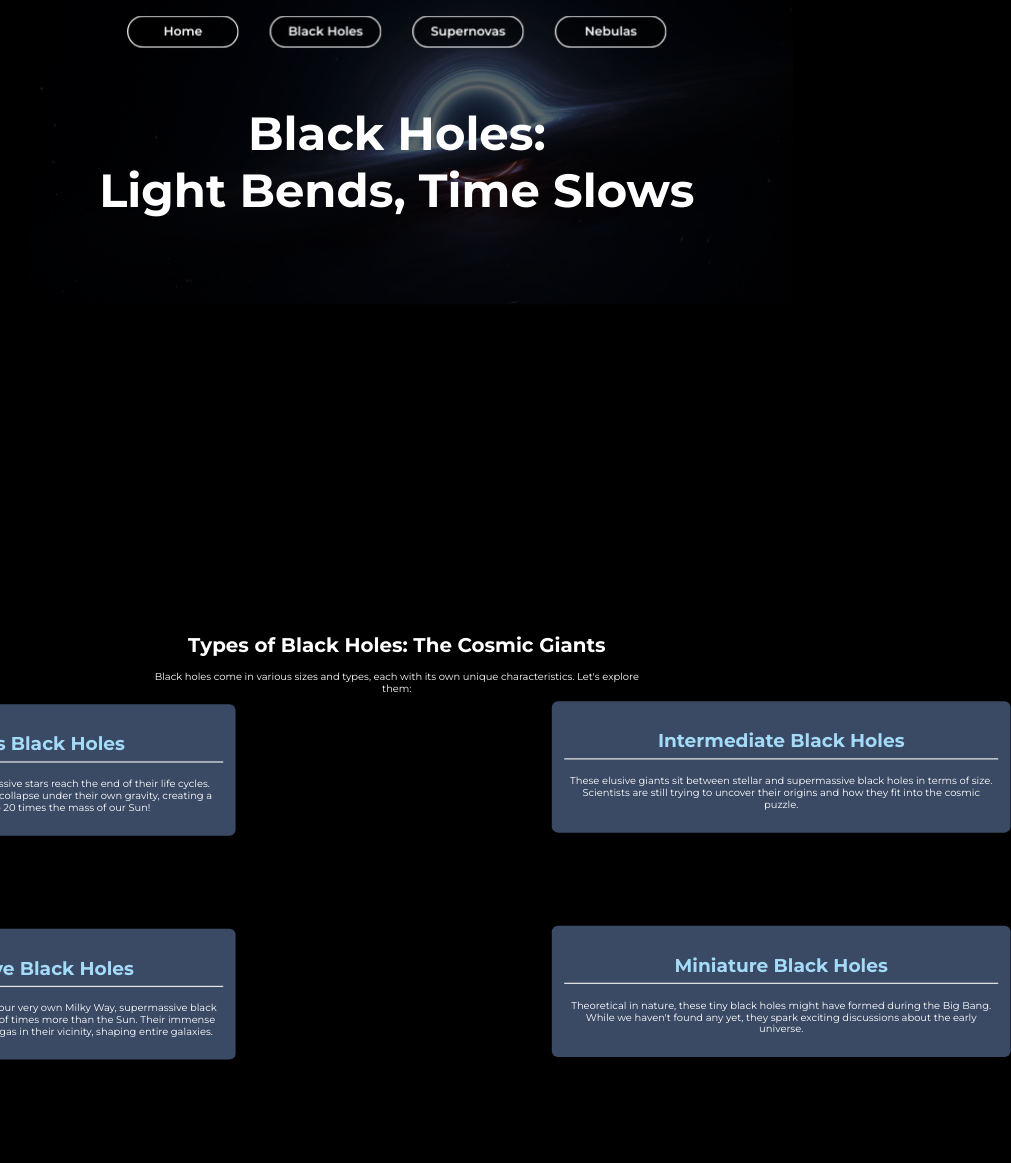
Repository: english-only/Space-Website
Page: black_hole.html
These files come from the project's save history. The page is drawn as it stood at one moment and after the next save; the edit follows.
The browser window is 1280 px wide. The page is 1630 px wide, so the pictures cover 1630 px, including what lies to the right of the window. The pictures show the whole page, at 62% of full size.
Backgrounds fixed to the window are drawn as part of the page.

Above is the page before, as saved 2024-12-18 23:45:19.

### black_hole.html
<!DOCTYPE html>
<html lang="en">
  <head>
    <meta charset="utf-8" />
    <meta http-equiv="X-UA-Compatible" content="IE=edge" />
    <title>Welcome to Space</title>
    <meta name="viewport" content="width=device-width, initial-scale=1" />
    <link rel="stylesheet" type="text/css" media="screen" href="main.css" />
  </head>
  <body>
    <div class="background-2 fade-in"></div>
    <div class="wrapper fade-in">
      <nav class="navbar fade-in">
        <a href="index.html"
          ><button class="nav-button fade-in">Home</button></a
        >
        <a href="black_hole.html"
          ><button class="nav-button fade-in">Black Holes</button></a
        >
        <a href="supernovas.html"
          ><button class="nav-button fade-in">Supernovas</button></a
        >
        <a href="nebulas.html"
          ><button class="nav-button fade-in">Nebulas</button></a
        >
      </nav>
      <div class="page-2-hero fade-in">
        <h2>Black Holes:<br />Light Bends, Time Slows</h2>
      </div>
    </div>
    <div class="container">
      <div class="stupid-text">
        <h1>Types of Black Holes: The Cosmic Giants</h1>
        <p>
          Black holes come in various sizes and types, each with its own unique
          characteristics. Let's explore them:
        </p>
      </div>

      <div class="black-hole-container">
        <div class="black-hole-type">
          <h2 class="">Stellar-Mass Black Holes</h2>
          <div class="content">
            <p>
              These incredible objects form when massive stars reach the end of
              their life cycles. After exhausting their nuclear fuel, they
              collapse under their own gravity, creating a black hole that can
              be up to 20 times the mass of our Sun!
            </p>
          </div>
        </div>
        <div class="black-hole-type">
          <h2>Supermassive Black Holes</h2>
          <div class="content">
            <p>
              Found at the heart of galaxies, including our very own Milky Way,
              supermassive black holes can weigh millions or even billions of
              times more than the Sun. Their immense gravity influences the
              orbits of stars and gas in their vicinity, shaping entire
              galaxies.
            </p>
          </div>
        </div>
        <div class="black-hole-type u-idiot intermediate">
          <h2>Intermediate Black Holes</h2>
          <div class="content">
            <p>
              These elusive giants sit between stellar and supermassive black
              holes in terms of size. Scientists are still trying to uncover
              their origins and how they fit into the cosmic puzzle.
            </p>
          </div>
        </div>
        <div class="black-hole-type u-idiot miniature">
          <h2>Miniature Black Holes</h2>
          <div class="content">
            <p>
              Theoretical in nature, these tiny black holes might have formed
              during the Big Bang. While we haven't found any yet, they spark
              exciting discussions about the early universe.
            </p>
          </div>
        </div>
      </div>
    </div>
    <script>
      const background = document.querySelector('.background-2');
      let angle = 0;
      const radiusX = 300; // Horizontal radius
      const radiusY = 100; // Vertical radius
      let isAtTop = true;

      function moveBackground() {
        if (isAtTop) {
          // Calculate new position based on angle
          const x = Math.cos(angle) * radiusX; // X position based on cosine
          const y = Math.sin(angle) * radiusY; // Y position based on sine

          // Apply the new position (starting from right side)
          background.style.backgroundPosition = `calc(100% + ${x}px) ${
            50 + y
          }px`; // Center vertically

          // Increment angle for next frame
          angle += 0.015; // Adjust this value to change speed

          // Reset angle after a full circle (optional)
          if (angle >= 2 * Math.PI) {
            angle = 0;
          }
        }

        requestAnimationFrame(moveBackground);
      }

      // Check scroll position to stop movement
      window.addEventListener('scroll', () => {
        isAtTop = window.scrollY === 0;
      });

      // Start the animation
      moveBackground();
    </script>
  </body>
</html>

### main.css
@import url('https://fonts.googleapis.com/css2?family=Montserrat:ital,wght@0,100..900;1,100..900&display=swap');
@keyframes fadeIn {
  from {
    opacity: 0;
  }
  to {
    opacity: 1;
  }
}

/* Fade-in class to be used on elements */
.fade-in {
  opacity: 0; /* Start invisible */
  animation: fadeIn 1s ease-in forwards; /* Apply fade-in animation */
}
body,
html {
  /* Ensure the body and html take full height */
  height: 100%;
  margin: 0;
  font-family: 'Montserrat';
  font-weight: 400;
  color: white;
}

body {
  /* Set a fallback background color */
  background-color: black;
}

.background {
  background-attachment: fixed;
  background-image: url('essay-gettyimages-1237093074.webp');
  background-size: cover;
  background-position: center;
  background-repeat: no-repeat;
  position: fixed; /* Keep background fixed while scrolling */
  height: 100vh;
  width: 100%;
  filter: brightness(25%);
  top: 0;
  left: 0;
  z-index: -10;
}

.wrapper {
  display: flex;
  flex-direction: column;
  justify-content: flex-start; /* Align items to the top */
  align-items: center; /* Center items horizontally */
  height: 600px;
  position: relative;
  padding-top: 20px;
  opacity: 0; /* Start invisible */
  animation: fadeIn 0.5s ease-in forwards; /* Apply fade-in animation */
}

.navbar {
  display: flex;
  gap: 50px;
  margin-top: 5px; /* Adjust as needed for spacing from the top */
}

.nav-button {
  padding: 12px 20px;
  border: 2px solid white;
  background-color: rgba(0, 0, 0, 0.5);
  color: white;
  font-size: 16px;
  cursor: pointer;
  transition: background-color 0.3s, color 0.3s;
  font-family: 'Red Hat Display';
  font-weight: 600;
  font-size: 20px;
  width: 180px;
  border-radius: 800px;
  font-family: Montserrat;
}

.nav-button:hover {
  background-color: white;
  color: black;
}

.hero-text {
  color: white;
  font-size: 50px;
  font-weight: 700;
  text-align: center;
  padding: 0; /* Remove padding to minimize hover area */
  display: inline-block; /* Restrict hover area to text content */
  transition: text-shadow 0.3s ease-in-out, transform 0.3s ease-in-out; /* Smooth transition */
}

.hero-text:hover {
  text-shadow: 3px 4px 3px rgba(255, 255, 255, 0.7); /* White shadow */
  transform: translateY(-10px); /* Raised effect */
}

@keyframes fadeInOut {
  0% {
    opacity: 0.5;
  }
  50% {
    opacity: 1;
  }
  100% {
    opacity: 0.5;
  }
}

.card-wrapper {
  display: flex;
  flex-direction: column; /* Stack cards vertically */
  align-items: center; /* Center cards horizontally */
  margin-top: 50px; /* Adjusts space from the top */
}

.row {
  display: flex;
  gap: 650px; /* Space between the cards */
  justify-content: center; /* Center the row */
  align-items: flex-start; /* Align cards to the top */
}

.black_hole {
  margin-left: -100px; /* Move the Black Holes card to the left */
  width: 500px;
}

.black_hole a {
  margin-left: 110px;
}

.cards {
  font-size: 25px;
  color: white;
  box-sizing: border-box;
  position: relative;
  top: -450px; /* Moves the element upwards */
  text-align: center;
}

.cards a {
  color: white;
  text-decoration: none;
  border: white 2px solid;
  display: inline-block;
  text-align: center;
  box-sizing: border-box;
  padding: 6px 20px;
  line-height: normal;
  transition: text-shadow 0.3s ease-in-out, transform 0.3s ease-in-out,
    background-color 0.3s ease-in-out, color 0.3s ease-in-out;
  border-radius: 600px;
}

.cards a:hover {
  text-shadow: 2px 2px 5px rgba(255, 255, 255, 0.7);
  transform: translateY(-5px);
  background-color: rgb(223, 223, 223);
  color: black;
}

.cards a h3 {
  margin: 0;
  padding: 0;
}

.cards p {
  margin-top: 15px;
  width: 800px; /* Adjust width to fit within card */
}

.cards p:hover {
  text-shadow: 2px 2px 5px rgba(255, 255, 255, 0.6);
  transform: translateY(-5px);
  transition: text-shadow 0.3s ease-in-out, transform 0.3s ease-in-out;
}

.nebula-card {
  margin-top: 100px;
}

.nebula-card a {
  justify-content: center;
  align-items: center;
  margin-left: 40px;
}

.nebula-card p {
  text-align: left;
  text-wrap: pretty;
  text-align: left; /* Align text to the left */
  width: 100%; /* Ensure the card takes the full width */
  margin-left: 100px;
  margin-right: 200px;
  max-width: 1750px;
  text-align: center; /* Align text to the center */
}

.videos {
  margin-top: -190px; /* Adjust the space below the Nebula card */
  text-align: center;
  width: 100%; /* Ensure it takes the full width */
  text-decoration: underline;
}

.videos h2 {
  position: relative; /* Ensure the text is positioned in normal flow */
  z-index: 1; /* Make sure it's above other content */
  pointer-events: auto; /* Allow text selection */
  overflow: visible; /* Ensure text is not clipped */
}

.video-links {
  display: grid;
  grid-template-columns: repeat(3, 400px); /* 3 columns, each 400px wide */
  grid-template-rows: repeat(2, 400px); /* 3 rows, each 400px tall */
  gap: 100px; /* Space between grid items */
  justify-content: center; /* Center the grid horizontally within the container */
  align-items: center; /* Center the grid items vertically */
  margin-top: -120px; /* Space above the grid (adjust this to decrease the gap) */
  margin-left: 160px;
}

.button-container {
  display: contents; /* Ensure buttons are placed directly in the grid */
}

.button-container a {
  display: block; /* Ensure buttons occupy full width of their grid cell */
  width: 215px; /* Full width of the grid cell */
  text-align: center;
  color: white;
  font-size: 20px;
  text-decoration: none; /* Remove underline */
  border: 2px solid white;
  padding: 8px 12px;
  border-radius: 600px;
  height: 30px;
  transition: background-color 0.3s, color 0.3s;
  margin-bottom: 10px; /* Decrease the space between the buttons and the text below */
  padding-top: 13px;
}

.button-container a:hover {
  background-color: white;
  color: black;
  font-weight: 700;
}

.images {
  display: contents; /* Ensure images are placed directly in the grid */
}

.black-hole-image,
.supernova-image,
.nebula-image {
  width: 100%; /* Full width of the grid cell */
  border: 2px solid white;
  border-radius: 20px;
  margin-top: -630px; /* Decrease the space between the images and the buttons above */
  margin-left: -10px;
}

.black-hole-image {
  width: 100%; /* Full width of the grid cell */
  border: 2px solid white;
  border-radius: 20px;
  margin-top: -630px; /* Decrease the space between the images and the buttons above */
  margin-left: -95px;
}

.supernova-image {
  width: 100%; /* Full width of the grid cell */
  border: 2px solid white;
  border-radius: 20px;
  margin-top: -630px; /* Decrease the space between the images and the buttons above */
  margin-left: -95px;
}

.nebula-image {
  height: 270px;
  width: auto;
  border: 2px solid white;
  border-radius: 20px;
  margin-top: -630px; /* Decrease the space between the images and the buttons above */
  margin-left: -125px;
}

/* page 2 from below */
.background-2 {
  background-attachment: fixed;
  background-image: url('thumb-1920-1346075.png');
  background-size: contain;
  background-position: 300px;
  background-repeat: no-repeat;
  position: fixed; /* Keep background fixed while scrolling */
  height: 100vh;
  width: 100%;
  filter: brightness(40%);
  z-index: -1; /* Place the background behind other content */
}

.page-2-hero {
  color: white;
  font-size: 50px;
  font-weight: 700;
  text-align: center;
  padding: 0; /* Remove padding to minimize hover area */
  display: inline-block; /* Restrict hover area to text content */
  transition: text-shadow 0.3s ease-in-out, transform 0.3s ease-in-out; /* Smooth transition */
}

.page-2-hero h2 {
  padding-top: 30px;
}

.page-2-hero:hover {
  text-shadow: 3px 4px 3px rgba(255, 255, 255, 0.7); /* White shadow */
  transform: translateY(-10px); /* Raised effect */
}

.container {
  max-width: 800px;
  margin: 0 auto;
  padding: 20px 0 20px 0;
  padding-bottom: 20px;
  text-align: center;
  margin-top: 360px;
}

.stupid-text {
  color: white;
}

.stupid-text:hover {
  cursor: pointer;
}

h1 {
  text-align: center;
  color: #ffffff;
}

.black-hole-type {
  background-color: #89aae96d;
  border-radius: 10px;
  padding: 20px;
  margin-bottom: 30px;
  box-shadow: 0 4px 6px rgba(0, 0, 0, 0.1);
  transition: transform 0.3s ease;
  max-width: 700px;
  margin-bottom: 150px;
}

.black-hole-type:hover {
  transform: scale(1.02);
}

.content {
  align-items: baseline;
  gap: 20px;
}

.black-hole-type h2 {
  color: #a4dbf9;
  border-bottom: 2px solid #e5e5e5;
  padding-bottom: 10px;
  font-size: 30px;
}

.u-idiot {
  margin-left: 1250px;
  min-width: 700px;
}

.intermediate {
  margin-top: -728px;
}

.black-hole-container {
  margin-left: -600px;
}

@keyframes fadeIn {
  from {
    opacity: 0;
  }
  to {
    opacity: 1;
  }
}

.black-hole-type {
  animation: fadeIn 1s ease-in;
}

@media (max-width: 600px) {
  .content {
    flex-direction: column;
  }
}

@keyframes fadeIn {
  from {
    opacity: 0;
  }
  to {
    opacity: 1;
  }
}

After the next save:
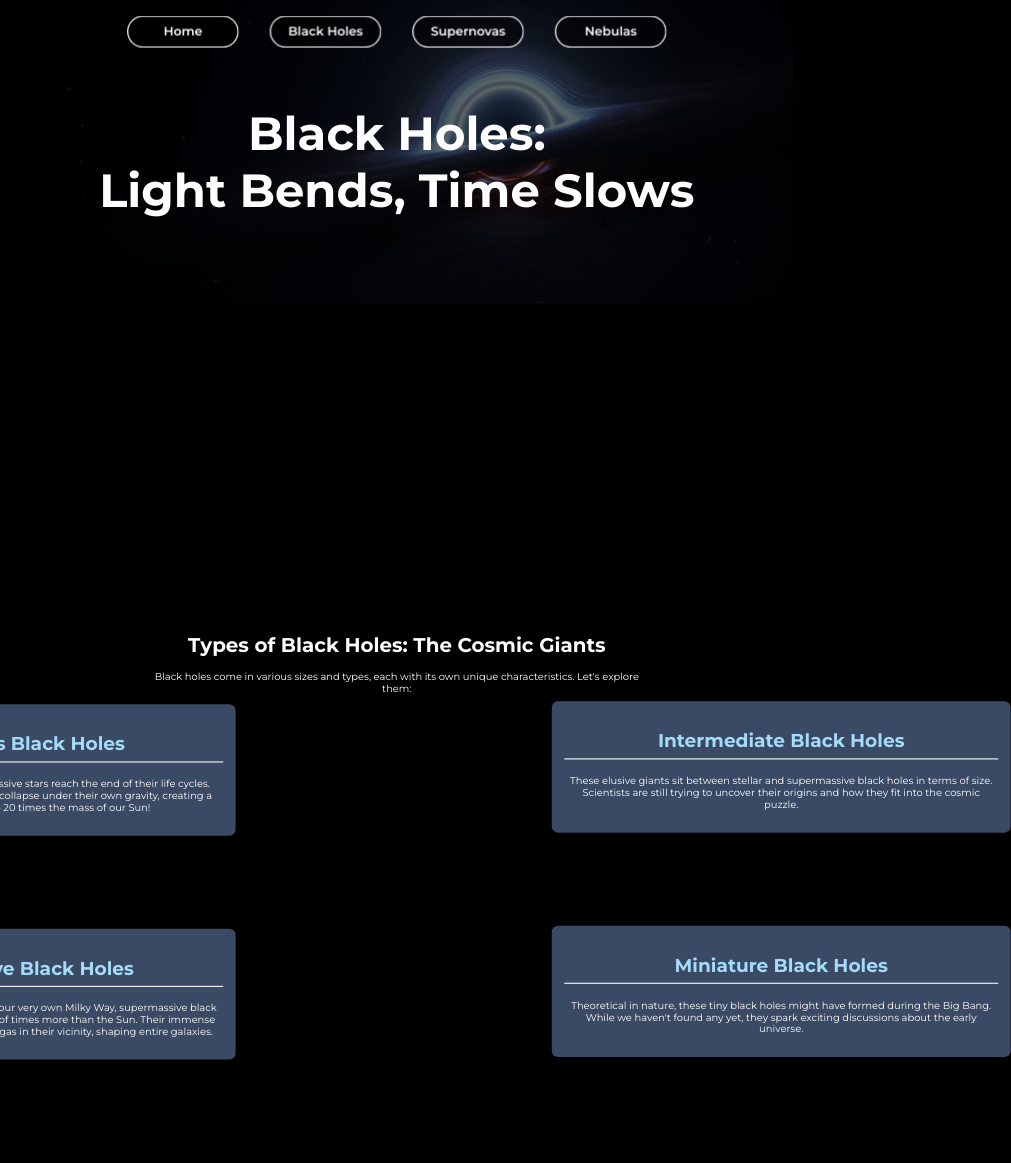
Saved 5 s later.
--- a/black_hole.html
+++ b/black_hole.html
@@ -86,7 +86,7 @@
     <script>
       const background = document.querySelector('.background-2');
       let angle = 0;
-      const radiusX = 300; // Horizontal radius
+      const radiusX = 600; // Horizontal radius
       const radiusY = 100; // Vertical radius
       let isAtTop = true;
 
